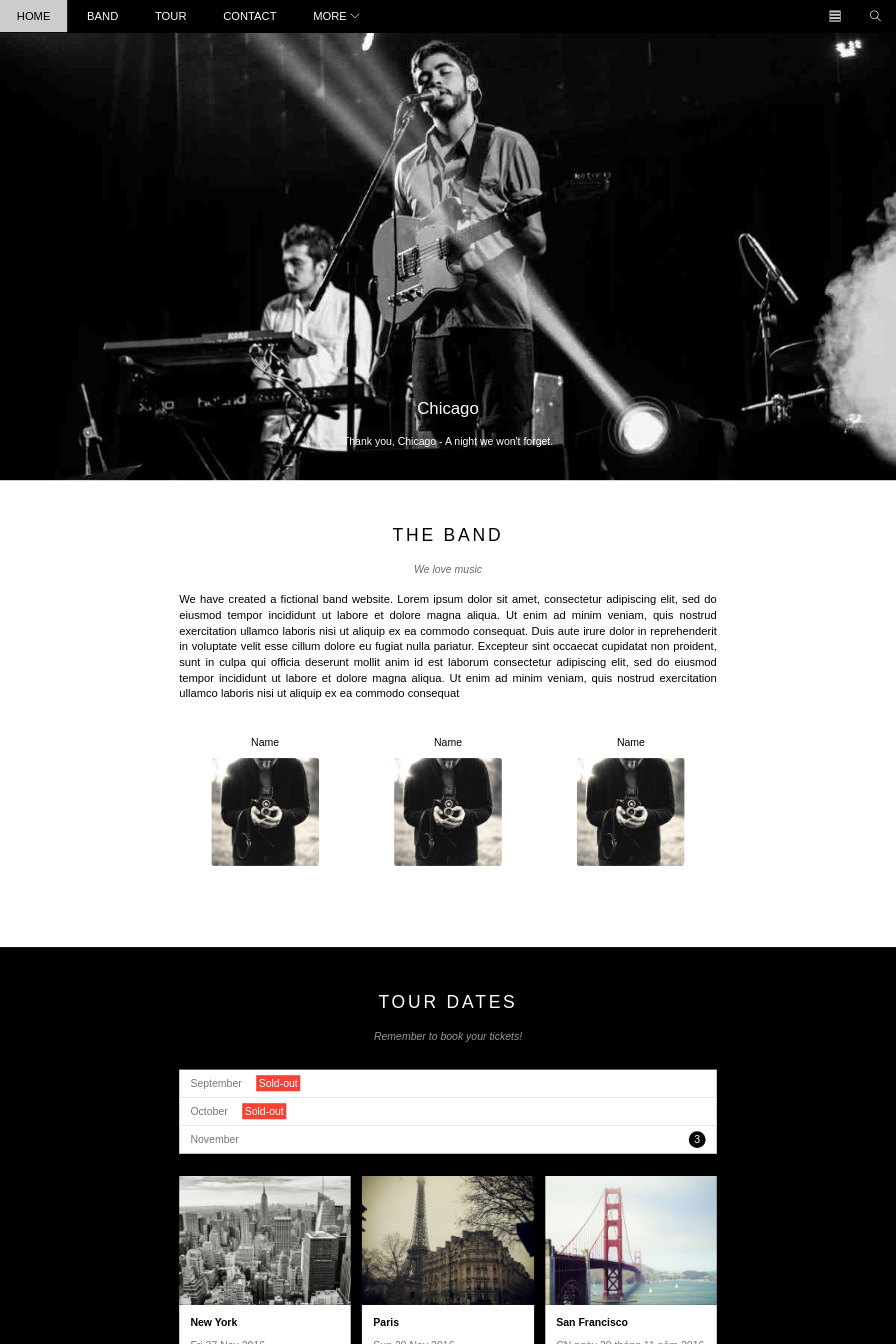
Repository: BillLee2000/w3-band
Page: index.html
The author's editor kept a copy of each file at every save. The page is drawn from the files as they stood at one save, then again after the next save.
The browser window is 1280 px wide. The pictures show the part of the page from y = 0 to 1920 px (the page is 3503 px tall), at 70% of full size.
The pointer rests on the first visible `#header .mobile-menu-btn`.

Above is the page before, as saved 2021-12-15 06:10:44.

### index.html
<!DOCTYPE html>
<html lang="en">

<head>
    <meta charset="UTF-8">
    <meta http-equiv="X-UA-Compatible" content="IE=edge">
    <meta name="viewport" content="width=device-width, initial-scale=1.0">
    <link rel="icon" href="./assets/favicon/download.jpg" type="image/x-icon" />
    <link rel="stylesheet" href="./assets/css/styles.css">
    <link rel="stylesheet" href="./assets/css/responsive.css">
    <link rel="stylesheet" href="./assets/fonts/themify-icons/themify-icons.css">
    <title>The band</title>
</head>

<body>
    <div id="main">
        <div id="header">
            <ul id="nav">
                <!-- ul#nav>li*5>a -->
                <li><a href="#">Home</a></li>
                <li><a href="#band">Band</a></li>
                <li><a href="#tour">Tour</a></li>
                <li><a href="#contact">Contact</a></li>
                <li>
                    <a href="">
                        More
                        <i class="down ti-angle-down"></i>
                    </a>
                    <ul class="subnav">
                        <li><a href="">Merchandise</a></li>
                        <li><a href="">Extras</a></li>
                        <li><a href="">Media</a></li>
                    </ul>
                </li>
            </ul>
            <div class="search-btn">
                <i class="search-icon ti-search"></i>
            </div>
            <div class="mobile-menu-btn">
                <i class="menu-icon ti-menu"></i>
            </div>
        </div>
        <div id="slide">
            <div class="text-content">
                <h2 class="text-heading">
                    Chicago
                </h2>
                <div class="text-decsription">
                    Thank you, Chicago - A night we won't forget.
                </div>
            </div>
        </div>
        <div id="content">
            <div id="band" class="content-section">
                <h2 class="section-heading">
                    THE BAND
                </h2>
                <p class="section-sub-heading">
                    We love music
                </p>
                <p class="about-text">
                    We have created a fictional band website. Lorem ipsum dolor sit amet, consectetur adipiscing elit,
                    sed do eiusmod tempor incididunt ut labore et dolore magna aliqua. Ut enim ad minim veniam, quis
                    nostrud exercitation ullamco laboris nisi ut aliquip ex ea commodo consequat. Duis aute irure dolor
                    in reprehenderit in voluptate velit esse cillum dolore eu fugiat nulla pariatur. Excepteur sint
                    occaecat cupidatat non proident, sunt in culpa qui officia deserunt mollit anim id est laborum
                    consectetur adipiscing elit, sed do eiusmod tempor incididunt ut labore et dolore magna aliqua. Ut
                    enim ad minim veniam, quis nostrud exercitation ullamco laboris nisi ut aliquip ex ea commodo
                    consequat
                </p>
                <div class="row nembers-list">
                    <div class="col col-third text-center">
                        <p class="member-name">
                            Name
                        </p>
                        <img src="./assets/img/band/member1.jpg" alt="Name" class="member-img">
                    </div>
                    <div class="col col-third text-center">
                        <p class="member-name">
                            Name
                        </p>
                        <img src="./assets/img/band/member1.jpg" alt="Name" class="member-img">
                    </div>
                    <div class="col col-third text-center">
                        <p class="member-name">
                            Name
                        </p>
                        <img src="./assets/img/band/member1.jpg" alt="Name" class="member-img">
                    </div>
                    <div class="clear"></div>
                </div>
            </div>
            <div id="tour" class="tour-section">
                <div class="content-section">
                    <h2 class="section-heading text-white">
                        TOUR DATES
                    </h2>
                    <p class="section-sub-heading text-white">
                        Remember to book your tickets!
                    </p>
                    <ul class="stickets-list">
                        <li>September <span class="sold-out">Sold-out</span></li>
                        <li>October <span class="sold-out">Sold-out</span></li>
                        <li>November <span class="quantity">3</span></li>
                    </ul>
                    <div class="row places-list">
                        <div class="col col-third">
                            <img src="./assets/img/places/place1.jpg" alt="New York" class="place-img">
                            <div class="place-content">
                                <h3 class="place-heading">
                                    New York
                                </h3>
                                <p class="place-time">
                                    Fri 27 Nov 2016
                                </p>
                                <p class="place-description">
                                    Praesent tincidunt sed tellus ut rutrum sed vitae justo.
                                </p>
                                <button class="btn js-buy-ticket">Buy Tickets</button>
                            </div>
                        </div>
                        <div class="col col-third">
                            <img src="./assets/img/places/place2.jpg" alt="New York" class="place-img">
                            <div class="place-content">
                                <h3 class="place-heading">
                                    Paris
                                </h3>
                                <p class="place-time">
                                    Sun 29 Nov 2016
                                </p>
                                <p class="place-description">
                                    Praesent tincidunt sed tellus ut rutrum sed vitae justo.
                                </p>
                                <button class="btn js-buy-ticket">Buy Tickets</button>
                            </div>
                        </div>
                        <div class="col col-third">
                            <img src="./assets/img/places/place3.jpg" alt="New York" class="place-img">
                            <div class="place-content">
                                <h3 class="place-heading">
                                    San Francisco
                                </h3>
                                <p class="place-time">
                                    CN ngày 29 tháng 11 năm 2016
                                </p>
                                <p class="place-description">
                                    Praesent tincidunt sed tellus ut rutrum sed vitae justo.
                                </p>
                                <button class="btn js-buy-ticket">Buy Tickets</button>
                            </div>
                        </div>
                        <div class="clear"></div>
                    </div>
                </div>
            </div>
            <div id="contact" class="content-section">
                <h2 class="section-heading">
                    CONTACT
                </h2>
                <p class="section-sub-heading">
                    Fan? Drop a note!
                </p>
                <div class="row contact-content">
                    <div class="col col-half contact-info">
                        <p><i class="ti-location-pin"> Chicago, US</i></p>
                        <p><i class="ti-mobile"> Phone: +00 151515</i></p>
                        <p><i class="ti-email"> Email: mail@mail.com</i></p>
                    </div>
                    <div class="col col-half contact-form">
                        <form action="">
                            <div class="row">
                                <div class="col col-half">
                                    <input placeholder="Name" type="text" name="" required id="" class="form-control">
                                </div>
                                <div class="col col-half">
                                    <input placeholder="Email" type="email" name="" required id="" class="form-control">
                                </div>

                            </div>
                            <div class="row mt-8">
                                <div class="col col-full">
                                    <input placeholder="Message" type="text" name="" required id=""
                                        class="form-control">
                                </div>
                            </div>
                            <input class="btn mt-16 pull-right" type="submit" value="SEND">
                        </form>
                    </div>
                </div>
            </div>
            <div class="map-section">
                <img src="./assets/img/map.jpg" alt="map">
            </div>

        </div>
        <div id="footer">
            <div class="social-list">
                <a href=""><i class="ti-facebook"></i></a>
                <a href=""><i class="ti-instagram"></i></a>
                <a href=""><i class="ti-youtube"></i></a>
                <a href=""><i class="ti-pinterest"></i></a>
                <a href=""><i class="ti-twitter"></i></a>
                <a href=""><i class="ti-linkedin"></i></a>
            </div>
            <p class="copyright">Powered by <a href="">w3.css</a></p>
        </div>
        <div class="modal js-modal">
            <div class="modal-container js-modal-container">
                <div class="modal-close js-modal-close">
                    <i class="ti-close"></i>
                </div>
                <header class="modal-header">
                    <i class="modal-heading-icon ti-bag"></i>
                    Tickets
                </header>
                <div class="modal-body">
                    <label for="tickets-quantity" class="modal-tickets">
                        <i class="ti-shopping-cart"></i>
                        Tickets, $15 per person
                    </label>
                    <input type="text" id="tickets-quantity" class="modal-input" placeholder="How many?">
                    <label for="tickets-email" class="modal-tickets">
                        <i class="ti-user"></i>
                        Send to
                    </label>
                    <input id="tickets-email" type="email" class="modal-input" placeholder="Enter email...">
                    <button id="buy-tickets">
                        Pay <i class="ti-check"></i>
                    </button>
                </div>
                <footer class="modal-footer">
                    <p class="modal-help">Need <a href="" class="">help?</a></p>
                </footer>
            </div>
        </div>
    </div>
    <script>
        const buyBtns = document.querySelectorAll('.js-buy-ticket') /* Lấy 3 giá trị của nut buy tickets đẩy vào buyBtns */
        const modal = document.querySelector('.js-modal') /* thêm class modal vào hằng */
        const modalClose = document.querySelector('.js-modal-close')
        const modalConainer = document.querySelector('.js-modal-container')
        function showBuyTicket() {
            /*  alert("Show") */ /* bật lên hộp thoại */
            modal.classList.add('open') /* add thêm class open vào sau modal bật của sổ hiển thị lên */
        }
        function hideBuyTicket() {
            /*  alert("Show") */ /* bật lên hộp thoại */
            modal.classList.remove('open') /* remove class open vào sau modal close để đóng cửa sổ hiển thị */
        }
        for (const buyBtn of buyBtns) {/* Vòng lặp cho từng nút(button) chạy 3 lần */
            buyBtn.addEventListener('click', showBuyTicket)/* Khi click vào ô buyTickKets sẽ chuyển đến hàm show.. */
        }
        modalClose.addEventListener('click', hideBuyTicket)
        modal.addEventListener('click', hideBuyTicket)
        modalConainer.addEventListener('click', function (event) {
            event.stopPropagation() //ngừng event nổi bọt lại
        })
    </script>
</body>

</html>

### assets/css/styles.css
/* reset css */

* {
    padding: 0;
    margin: 0;
    box-sizing: border-box;
}

html {
    scroll-behavior: smooth; /* //hành động cuộn */
    font-family: Arial, Helvetica, sans-serif;
    /* font chu in dam */
}

#main {}

.text-white{
    color: #fff !important;
}
.row{
    margin-left: -8px;
    margin-right: -8px;
}
.row::after {
    content: "";
    display: block;
    clear: both;
}
.mt-8{
    margin-top: 8px !important;
}
.mt-16{
    margin-top: 16px !important;
}
.col {
    float: left;
    padding-left: 8px;
    padding-right: 8px;
}
.col-half{
    width: 50%;
}
.col-third{
    width: 33.33333%;
}
.col-full {
    width: 100%;
}
.text-center {
    text-align: center !important;
}

#header {
    height: 46px;
    background-color: black;
    position: fixed;
    top: 0;
    left: 0;
    right: 0;
    z-index: 1;
    overflow: hidden;
}
#header .mobile-menu-btn,
#header .search-btn {
    float: right;
    padding: 0 21px;
}
#header .mobile-menu-btn:hover .menu-icon {
    color: #000;
    background-color: #ccc;
}
#header .search-btn:hover {
    background-color: #f44336;
    cursor: pointer;
}
#header .menu-icon,
#header .search-icon {
    color: #fff;
    line-height: 46px;
}

#nav {
    display: inline-block;
}

#nav>li {
    display: inline-block;
}

#nav li {
    position: relative;
}

#nav .down {
    font-size: 14px;
}

#nav>li>a {
    color: #fff;
    text-transform: uppercase;
}

#nav li a {
    text-decoration: none;
    line-height: 46px;
    padding: 0 24px;
    display: block;
}

#nav .subnav li:hover a,
#nav>li:hover>a {
    color: #000;
    background-color: #ccc;
}

#nav li:hover .subnav {
    display: block;
}

#nav,
.subnav {
    list-style-type: none;
    /* bor dau cham dau dong */
}

#nav .subnav {
    display: none;
    min-width: 160px;
    top: 100%;
    left: 0;
    position: absolute;
    background-color: #fff;
    box-shadow: 0 0 10px rgba(0, 0, 0, 0.3);
}

#nav .subnav a {
    color: #000;
    padding: 0 12px;
    line-height: 38px;
}

#slide {
    margin-top: 46px;
    padding-top: 50%;
    background: url("/assets/img/slider/slider1.jpg") top center / cover no-repeat;
    position: relative;
}

#slide .text-content {
    color: #fff;
    position: absolute;
    left: 50%;
    bottom: 47px;
    transform: translate(-50%);
    /* Cách 1 */
    /* Width: 100%; */
    /* cach 2 */
    /* Cách 3: left: 0; right: 0; */
    text-align: center;
}

#slide .text-heading {
    font-size: 24px;
    font-weight: 500;
}

#slide .text-decsription {
    font-size: 15px;
    margin-top: 25px;
}
.pull-right {
    float: right !important;
}
.btn{
    color: #fff;
    background-color: #000;
    text-decoration: none;
    padding: 11px 16px;
    display: inline-block;
    margin-top: 15px;
    border: none;
}
.btn:hover {
    cursor: pointer;
    color: #000;
    background-color: #ccc;
}

#content {}

#content .content-section{
    width: 800px;
    max-width: 100%;
    padding: 64px 0 112px;
    margin-left: auto;
    margin-right: auto;
    padding-left: 16px;
    padding-right: 16px;
}
#content .section-heading{
    font-weight: 500;
    text-align: center;/* Can giua */
    font-size: 25px;
    letter-spacing: 4px;/* Khoảng cách các chữ cái */
}
#content .section-sub-heading{
    text-align: center;
    margin-top: 25px;
    font-size: 15px;
    font-style: italic;
    opacity: 0.6;/* Giam 40% đô đậm của chữ */
}
#content .about-text {
    margin-top: 25px;
    text-align: justify;
    line-height: 1.4;
}
#content .nembers-list{
    margin-top: 48px;
}
/* #content .member-item { */
    /* float: left; */
    /* width: calc(100% / 3); */
   /*  width: 33.333333%; */
    /* text-align: center; */
/* } */
#content .member-name{
    font-size: 15px;
}
#content .member-img{
    margin-top: 15px;
    width: 154px;
    border-radius: 4px;
    overflow: hidden;/* Xóa font float:left; */
}
#content .clear{
    clear: both;
}
#content .tour-section{
    background-color: #000;

}
.stickets-list{
    background-color: #fff;
    margin-top: 40px;
    list-style: none;
}
.stickets-list li{
    font-size: 15px;
    padding: 11px 16px;
    border-bottom:  1px solid #ddd;
    color: #757575;
}
.stickets-list .sold-out {
    background-color: #f44336;
    padding: 3px 4px;
    color: #fff;
    margin-left: 16px;
}
.stickets-list .quantity{
    float: right;
    width: 24px;
    height: 24px;
    color: #fff;
    text-align: center;
    line-height: 24px;
    background-color: #000;
    border-radius: 50%;
    margin-top: -3px;
}

.tour-section .places-list{
    margin-top: 32px;
}

.tour-section .place-img{
    width: 100%;
    display: block;
}
.tour-section .place-img:hover{
    opacity: 0.6;
}
.tour-section .place-content{
    background-color: #fff;
    padding: 16px;
    font-size: 15px;
}
.tour-section .place-heading{
    font-weight: 600;
    font-size: 15px;
}
.tour-section .place-time{
    margin-top: 16px;
    color: #757575;
}
.tour-section .place-description{
    margin-top: 16px;
}
.contact-content{
    margin-top: 48px;
}
.contact-form {
    font-size: 15px;
}
.contact-content .contact-info{
    font-size: 18px;
    line-height: 1.5;
}
.contact-form .form-control {
    padding: 10px;
    border: 1px solid #ccc;
    width: 100%;
    outline: none;
}
.contact-info i[class*="ti-"] {
    width: 30px;
}

#footer {}

.modal {
    position: fixed;
    top: 0;
    left: 0;
    right: 0;
    bottom: 0;
    background: rgba(0, 0, 0, 0.4);
    display: none;
    align-items: center;
    justify-content: center;

}

.modal.open {
    display: flex;
}

.modal-container{
    width: 900px;
    min-height: 200px;
    background-color: #fff;
    position: relative;
    max-width: calc(100% - 32px);
    animation: modalFadeIn ease 0.5s;
}
.modal .modal-close{
    position: absolute;
    right: 0;
    top: 0;
    color: #fff;
    padding: 12px;
    cursor: pointer;
    opacity: 0.8;
}
.modal-close:hover{
    opacity: 1;
    background-color: #ccc;
}
.modal .modal-header{
    background-color: #009688;
    height: 130px;
    display: flex;
    align-items: center;
    justify-content: center;
    font-size: 30px;
    color: #fff;
}
.modal-body{
    padding: 16px;
}
.modal-tickets{
    display: block;
    font-size: 15px;
    margin-bottom: 15px;
}
.modal-input{
    border: 1px solid #ccc;
    width: 100%;
    padding: 10px;
    font-size: 15px;
    margin-bottom: 24px;
}
.modal-heading-icon{
    margin-right: 16px;
}
#buy-tickets{
    color: #fff;
    background: #009688;
    border: none;
    width: 100%;
    font-size: 15px;
    text-transform: uppercase;
    padding: 18px;
}
#buy-tickets:hover {
    cursor: pointer;
    opacity: 0.9;
}
.map-section img {
    width: 100%;
}
#footer {
    padding: 64px 16px;
    text-align: center;
}
#footer .social-list {
    font-size: 24px;
}
#footer .social-list a {
    color: rgba(0 ,0 ,0 ,0.6);
    text-decoration: none;
}
#footer .copyright a:hover,
#footer .social-list a:hover {
    color: rgba(0 ,0 ,0 ,0.4);
}
#footer .copyright {
    margin-top: 15px;
    color: rgba(0 ,0 ,0 ,0.6);
}
.modal-footer {
    padding: 16px;
    text-align: right;
}
.modal-footer a {
    color: #2196F3;
}
@keyframes modalFadeIn{
    from {
        opacity: 0;
        transform: translateY(-140px);
    }
    to{
        opacity: 1;
        transform: translateY(0);
    }
}
/* PC */
@media(min-width: 1024px){

}
/* Tablet */
@media (min-width: 740px) and (max-width:1023px){

}
@media(max-width: 740px){

}

### assets/css/responsive.css
/* PC */
@media(min-width: 1024px){

}
/* Tablet */
@media (min-width: 740px) and (max-width:1023px){

}
/* Mobile */
@media(max-width: 740px){
    #nav>li {
        display: block;
    }
    #header .search-btn {
        display: none;
    }
}

Loaded but not shown: assets/fonts/themify-icons/themify-icons.css (common file)

After the next save:
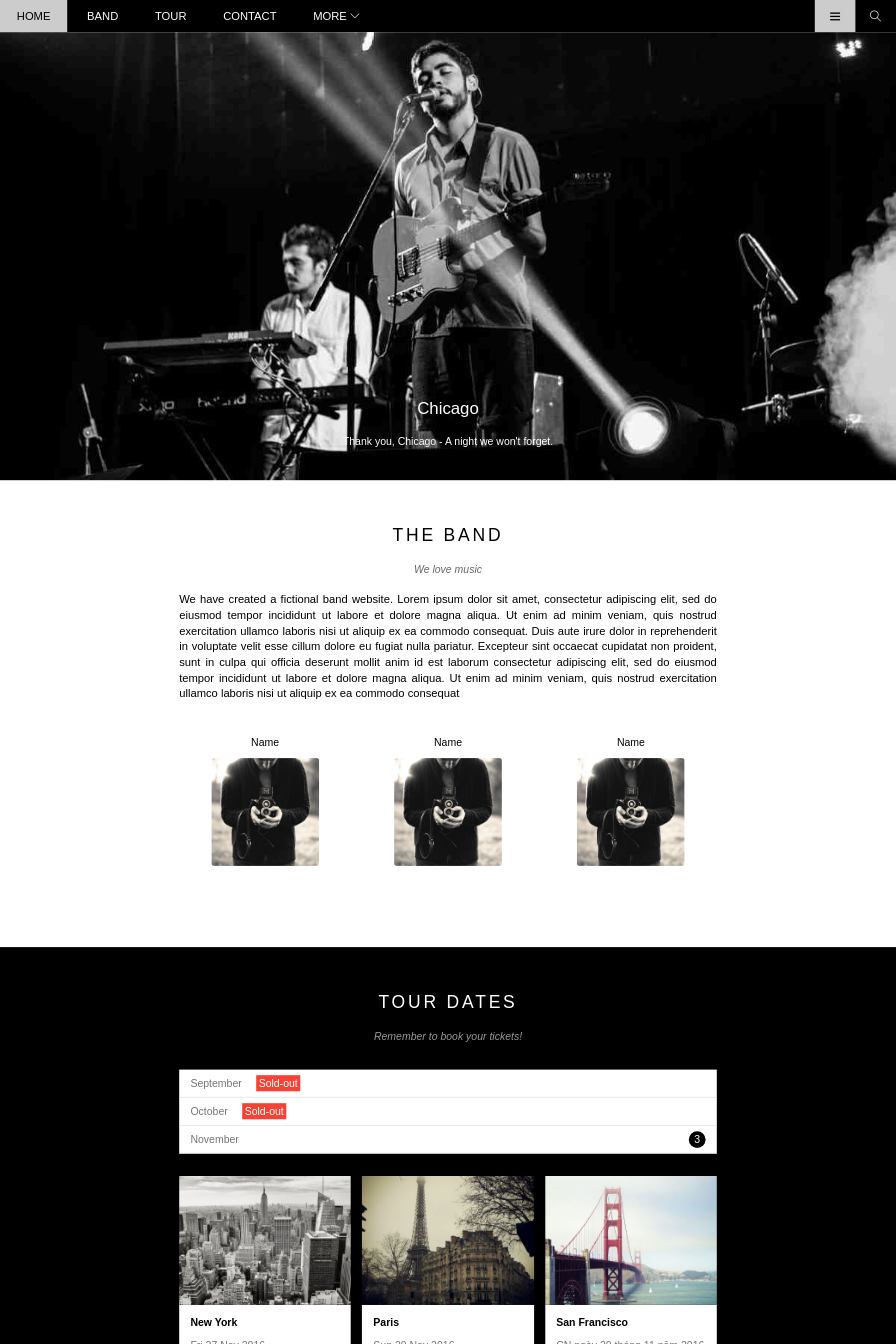
Saved 74 s later.
--- a/assets/css/styles.css
+++ b/assets/css/styles.css
@@ -65,9 +65,11 @@
     float: right;
     padding: 0 21px;
 }
+#header .mobile-menu-btn:hover {
+    background-color: #ccc;
+}
 #header .mobile-menu-btn:hover .menu-icon {
     color: #000;
-    background-color: #ccc;
 }
 #header .search-btn:hover {
     background-color: #f44336;
